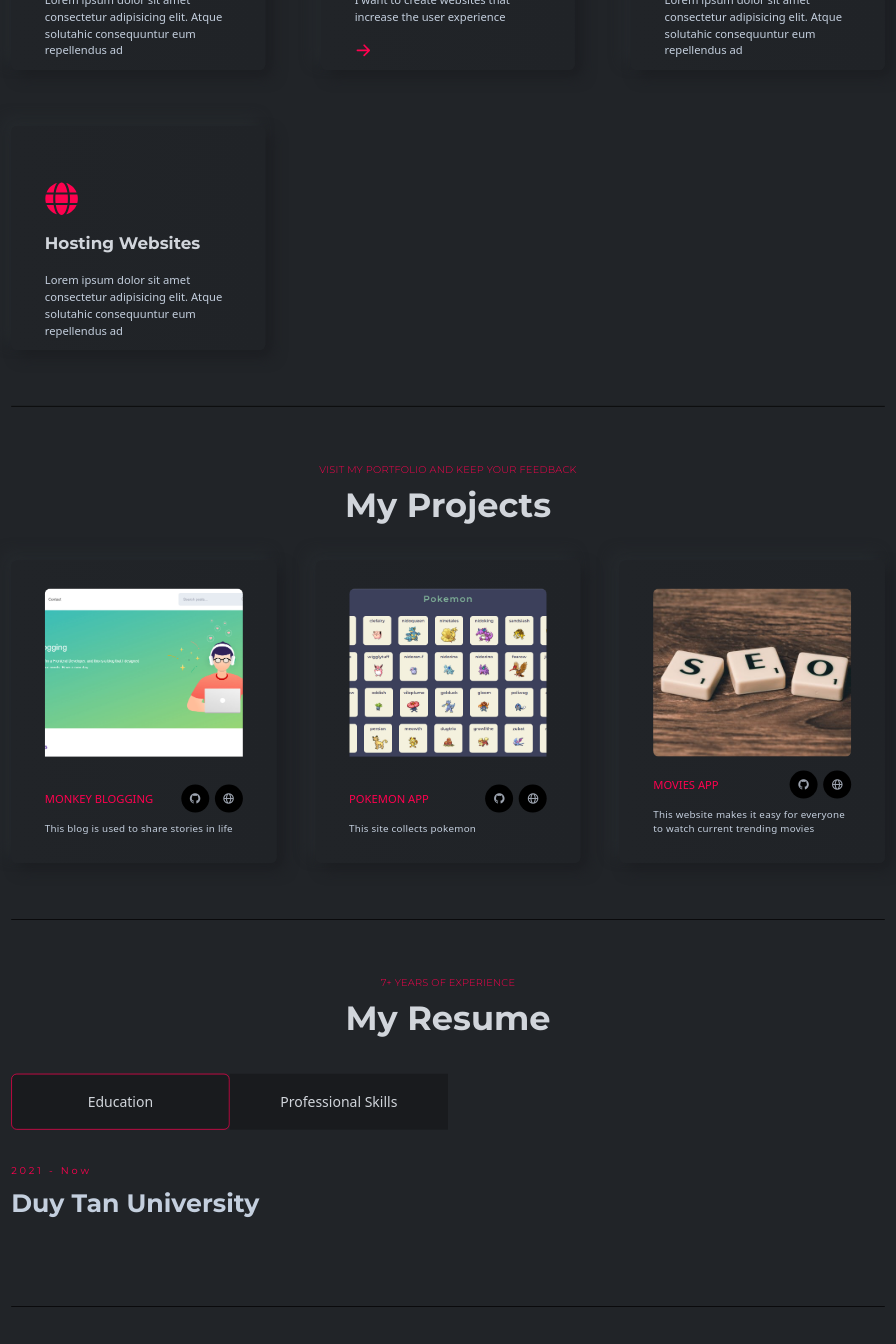
Repository: vophuocthanh/react-profile
Page: /
The author's editor kept a copy of each file at every save. The page is drawn from the files as they stood at one save, then again after a run of saves.
The browser window is 1280 px wide. The pictures show the part of the page from y = 1337 to 3257 px (the page is 4810 px tall), at 70% of full size.
The project was rebuilt for these pictures with package versions that can differ from the ones it lists, and the page was loaded fresh each time. Also part of the build but not shown: src/components/resume/ResumeCard.js, src/components/resume/Skills.js, src/components/resume/Achievement.js, src/components/resume/Experience.js, src/components/tesimonial/Testimonial.js.

Above is the page before, as saved 2023-05-04 20:38:06.

### public/index.html
<!DOCTYPE html>
<html lang="en">
  <head>
    <meta charset="utf-8" />
    <link
      rel="icon"
      href="https://img.freepik.com/premium-vector/young-smiling-man-adam-avatar-3d-vector-people-character-illustration-cartoon-minimal-style_365941-687.jpg?w=2000"
    />
    <meta name="viewport" content="width=device-width, initial-scale=1" />
    <meta name="theme-color" content="#000000" />
    <meta
      name="description"
      content="Web site created using create-react-app"
    />
    <link
      href="https://unpkg.com/boxicons@2.1.4/css/boxicons.min.css"
      rel="stylesheet"
    />
    <!--
      manifest.json provides metadata used when your web app is installed on a
      user's mobile device or desktop. See https://developers.google.com/web/fundamentals/web-app-manifest/
    -->
    <link rel="manifest" href="%PUBLIC_URL%/manifest.json" />
    <!--
      Notice the use of %PUBLIC_URL% in the tags above.
      It will be replaced with the URL of the `public` folder during the build.
      Only files inside the `public` folder can be referenced from the HTML.

      Unlike "/favicon.ico" or "favicon.ico", "%PUBLIC_URL%/favicon.ico" will
      work correctly both with client-side routing and a non-root public URL.
      Learn how to configure a non-root public URL by running `npm run build`.
    -->
    <title>Vo Phuoc Thanh || Profile</title>
  </head>
  <body>
    <noscript>You need to enable JavaScript to run this app.</noscript>
    <div id="root"></div>
    <!--
      This HTML file is a template.
      If you open it directly in the browser, you will see an empty page.

      You can add webfonts, meta tags, or analytics to this file.
      The build step will place the bundled scripts into the <body> tag.

      To begin the development, run `npm start` or `yarn start`.
      To create a production bundle, use `npm run build` or `yarn build`.
    -->
  </body>
</html>

### src/index.js
import React from "react";
import ReactDOM from "react-dom/client";
import "slick-carousel/slick/slick.css";
import "./index.css";
import App from "./App";
import { BrowserRouter } from "react-router-dom";

const root = ReactDOM.createRoot(document.getElementById("root"));
root.render(
  <React.StrictMode>
    <BrowserRouter>
      <App />
    </BrowserRouter>
  </React.StrictMode>
);

### src/index.css
@import url("https://fonts.googleapis.com/css2?family=Montserrat:wght@100;200;300;400;500;600;700;800;900&family=Poppins:wght@100;200;300;400;500;600;700;800;900&display=swap");
@tailwind base;
@tailwind components;
@tailwind utilities;

@layer components {
  .bannerIcon {
    @apply w-16 h-16 bg-black bg-opacity-25 text-gray-200 text-xl inline-flex items-center justify-center rounded-md shadow-shadowOne hover:bg-opacity-40 hover:-translate-y-1 transition-all hover:text-designColor cursor-pointer duration-300;
  }
  .resumeLi {
    @apply w-full h-20 bg-black bg-opacity-25 text-xl text-gray-300 flex justify-center cursor-pointer hover:bg-opacity-40 duration-300 items-center border-[1px] rounded-none;
  }
  .bgOpacity {
    @apply bg-black bg-opacity-40;
  }
  .contactInput {
    @apply w-full h-12 rounded-lg border-b-[1px] border-b-gray-600 bg-[#191b1e] text-lightText px-4 active:outline-none focus-visible:outline-designColor outline-none focus-visible:border-b-transparent duration-300;
  }
  .contactTextArea {
    @apply w-full rounded-lg border-b-[1px] border-b-gray-600 bg-[#191b1e] text-lightText px-4 py-2 active:outline-none focus-visible:outline-designColor outline-none focus-visible:border-b-transparent duration-300 resize-none;
  }
}

.active {
  color: white;
}
.scrollbar-hide::-webkit-scrollbar {
  display: none;
}

### src/App.js
import React from "react";
import Banner from "./components/banner/Banner";
import Contact from "./components/contact/Contact";
import Features from "./components/features/Features";
import Footer from "./components/footer/Footer";
import FooterBottom from "./components/footer/FooterBottom";
import Navbar from "./components/navbar/Navbar";
import Projects from "./components/projects/Projects";
import Resume from "./components/resume/Resume";
import Testimonial from "./components/tesimonial/Testimonial";

function App() {
  return (
    <div className="w-full h-auto bg-bodyColor text-lightText px-4">
      <Navbar />
      <div className="max-w-screen-xl mx-auto">
        <Banner />
        <Features />
        <Projects />
        <Resume />
        {/* <Testimonial /> */}
        <Contact />
        <Footer />
        <FooterBottom />
      </div>
    </div>
  );
}

export default App;

### src/components/projects/Projects.js
import React from "react";
import Title from "../layouts/Title";
import { projectOne, projectTwo, projectThree } from "../../assets/index";
import ProjectsCard from "./ProjectsCard";
import { dataProject } from "../../data/dataProject";

const Projects = () => {
  return (
    <section
      id="projects"
      className="w-full py-20 border-b-[1px] border-b-black"
    >
      <div className="flex justify-center items-center text-center">
        <Title
          title="VISIT MY PORTFOLIO AND KEEP YOUR FEEDBACK"
          des="My Projects"
        />
      </div>
      <div className="grid grid-cols-1 md:grid-cols-2 xl:grid-cols-3 gap-6 xl:gap-14">
        {/* <ProjectsCard
          title="E-commerce Website"
          des=" Lorem, ipsum dolor sit amet consectetur adipisicing elit.
              Explicabo quibusdam voluptate sapiente voluptatibus harum quidem!"
          src={projectTwo}
        /> */}
        {/* <ProjectsCard
          title="Chatting App"
          des=" Lorem, ipsum dolor sit amet consectetur adipisicing elit.
              Explicabo quibusdam voluptate sapiente voluptatibus harum quidem!"
          src={projectThree}
        />
        <ProjectsCard
          title="SOCIAL MEDIA CLONE"
          des=" Lorem, ipsum dolor sit amet consectetur adipisicing elit.
              Explicabo quibusdam voluptate sapiente voluptatibus harum quidem!"
          src={projectThree}
        />
        <ProjectsCard
          title="E-commerce Website"
          des=" Lorem, ipsum dolor sit amet consectetur adipisicing elit.
              Explicabo quibusdam voluptate sapiente voluptatibus harum quidem!"
          src={projectOne}
        />
        <ProjectsCard
          title="Chatting App"
          des=" Lorem, ipsum dolor sit amet consectetur adipisicing elit.
              Explicabo quibusdam voluptate sapiente voluptatibus harum quidem!"
          src={projectTwo}
        /> */}
        {dataProject.map((item) => (
          <ProjectsCard key={item.id} item={item}></ProjectsCard>
        ))}
      </div>
    </section>
  );
};

export default Projects;

### src/components/banner/LeftBanner.js
import React from "react";
import { useTypewriter, Cursor } from "react-simple-typewriter";
import Media from "./Media";

const LeftBanner = () => {
  const [text] = useTypewriter({
    words: ["Software Engineer.", "Frontend Developer."],
    loop: true,
    typeSpeed: 20,
    deleteSpeed: 10,
    delaySpeed: 2000,
  });
  return (
    <div className="w-full lgl:w-1/2 flex flex-col gap-20">
      <div className="flex flex-col gap-5">
        <h4 className=" text-lg font-normal">WELCOME TO MY WORLD</h4>
        <h1 className="text-6xl font-bold text-white">
          Hi, I'm{" "}
          <span className="text-designColor capitalize">Võ Phước Thạnh</span>
        </h1>
        <h2 className="text-4xl font-bold text-white">
          a <span>{text}</span>
          <Cursor
            cursorBlinking="false"
            cursorStyle="|"
            cursorColor="#ff014f"
          />
        </h2>
        <p className="text-base font-bodyFont leading-6 tracking-wide">
          I use animation as a third dimension by which to simplify experiences
          and kuiding thro each and every interaction. I'm not adding motion
          just to spruce things up, but doing it in ways that.
        </p>
      </div>
      {/* Media */}
      <Media />
    </div>
  );
};

export default LeftBanner;

### src/components/banner/RightBanner.js
import React from "react";
import { avatar } from "../../assets";
// import { bannerImg } from "../../assets/index";

const RightBanner = () => {
  return (
    <div className="w-full lgl:w-1/2 flex justify-center items-center relative">
      <img
        className="w-[300px] h-[400px] lgl:w-[500px] lgl:h-[680px] z-10 rounded-sm object-cover"
        src={avatar}
        alt="bannerImg"
      />
      <div className="absolute bottom-0 w-[350px] h-[300px] lgl:w-[500px] lgl:h-[500px] bg-gradient-to-r from-[#1e2024] to-[#202327] shadow-shadowOne flex justify-center items-center"></div>
    </div>
  );
};

export default RightBanner;

### src/components/contact/ContactLeft.js
import React from 'react'
import { FaFacebookF, FaTwitter, FaLinkedinIn } from "react-icons/fa";
import { contactImg } from "../../assets/index";

const ContactLeft = () => {
  return (
    <div className="w-full lgl:w-[35%] h-full bg-gradient-to-r from-[#1e2024] to-[#23272b] p-4 lgl:p-8 rounded-lg shadow-shadowOne flex flex-col gap-8 justify-center">
      <img
        className="w-full h-64 object-cover rounded-lg mb-2"
        src={contactImg}
        alt="contactImg"
      />
      <div className="flex flex-col gap-4">
        <h3 className="text-3xl font-bold text-white">John Doe</h3>
        <p className="text-lg font-normal text-gray-400">
          MERN Stack Developer
        </p>
        <p className="text-base text-gray-400 tracking-wide">
          Lorem ipsum, dolor sit amet consectetur adipisicing elit. Facilis
          ipsam autem cumque, accusantium dicta odio.
        </p>
        <p className="text-base text-gray-400 flex items-center gap-2">
          Phone: <span className="text-lightText">+968 97859628</span>
        </p>
        <p className="text-base text-gray-400 flex items-center gap-2">
          Email: <span className="text-lightText">noor.jsdivs@gmail.com</span>
        </p>
      </div>
      <div className="flex flex-col gap-4">
        <h2 className="text-base uppercase font-titleFont mb-4">Find me in</h2>
        <div className="flex gap-4">
          <span className="bannerIcon">
            <FaFacebookF />
          </span>
          <span className="bannerIcon">
            <FaTwitter />
          </span>
          <span className="bannerIcon">
            <FaLinkedinIn />
          </span>
        </div>
      </div>
    </div>
  );
}

export default ContactLeft

### src/components/features/Card.js
import React from 'react'
import { HiArrowRight } from "react-icons/hi";

const Card = ({item:{title,des,icon}}) => {
  return (
    <div className="w-full px-12 h-80 py-10 rounded-lg shadow-shadowOne flex items-center bg-gradient-to-r from-bodyColor to-[#202327] group hover:bg-gradient-to-b hover:from-black hover:to-[#1e2024] transition-colors duration-100 group">
      <div className="h-72 overflow-y-hidden">
        <div className="flex h-full flex-col gap-10 translate-y-16 group-hover:translate-y-0 transition-transform duration-500">
          <div className="w-10 h-8 flex flex-col justify-between">

            {icon ? (
              <span className="text-5xl text-designColor">{icon}</span>
            ) : (
              <>
                <span className="w-full h-[2px] rounded-lg bg-designColor inline-flex"></span>
                <span className="w-full h-[2px] rounded-lg bg-designColor inline-flex"></span>
                <span className="w-full h-[2px] rounded-lg bg-designColor inline-flex"></span>
                <span className="w-full h-[2px] rounded-lg bg-designColor inline-flex"></span>
              </>
            )}
          </div>
          <div className="flex flex-col gap-6">
            <h2 className="text-xl md:text-2xl font-titleFont font-bold text-gray-300">
              {title}
            </h2>
            <p className="base">{des}</p>
            <span className="text-2xl text-designColor">
              <HiArrowRight />
            </span>
          </div>
        </div>
      </div>
    </div>
  );
}

export default Card

### src/data/data.js
import { AiFillAppstore } from "react-icons/ai";
import { FaMobile, FaGlobe } from "react-icons/fa";
import { SiProgress, SiAntdesign } from "react-icons/si";

// Features Data
export const featuresData = [
  // {
  //   id: 1,
  //   title: "Business Stratagy",
  //   des: "Lorem ipsum dolor sit amet consectetur adipisicing elit. Atque solutahic consequuntur eum repellendus ad",
  // },
  // {
  //   id: 2,
  //   icon: <AiFillAppstore />,
  //   title: "App Development",
  //   des: "Lorem ipsum dolor sit amet consectetur adipisicing elit. Atque solutahic consequuntur eum repellendus ad",
  // },
  {
    id: 3,
    icon: <SiProgress />,
    title: "SEO Optimisation",
    des: "Lorem ipsum dolor sit amet consectetur adipisicing elit. Atque solutahic consequuntur eum repellendus ad",
  },
  {
    id: 4,
    icon: <i class="bx bx-code-block"></i>,
    title: "Frontend Developer",
    des: "I want to create websites that increase the user experience",
  },
  {
    id: 5,
    icon: <SiAntdesign />,
    title: "UX Design",
    des: "Lorem ipsum dolor sit amet consectetur adipisicing elit. Atque solutahic consequuntur eum repellendus ad",
  },
  {
    id: 6,
    icon: <FaGlobe />,
    title: "Hosting Websites",
    des: "Lorem ipsum dolor sit amet consectetur adipisicing elit. Atque solutahic consequuntur eum repellendus ad",
  },
];

### src/assets/index.js
import logo from "./images/logo.png";
import logo1 from "./images/logo1.png";
import bannerImg from "./images/bannerImg.png";
import avatar from "./images/avatar.jpg";
import avatar1 from "./images/avatar1.jpg";
import projectOne from "./images/projects/projectOne.jpg";
import projectTwo from "./images/projects/projectTwo.jpg";
import projectThree from "./images/projects/projectThree.jpeg";
import testimonialOne from "./images/testmonial/testimonialOne.png";
import testimonialTwo from "./images/testmonial/testimonialTwo.png";
import quote from "./images/testmonial/quote.png";
import contactImg from "./images/contact/contactImg.png";

export {
  logo,
  logo1,
  avatar,
  avatar1,
  bannerImg,
  projectOne,
  projectTwo,
  projectThree,
  testimonialOne,
  testimonialTwo,
  quote,
  contactImg,
};

### src/constants/index.js
export const navLinksdata = [
  {
    _id: 1001,
    title: "Home",
    link: "home",
  },
  {
    _id: 1002,
    title: "Features",
    link: "features",
  },
  {
    _id: 1003,
    title: "Projects",
    link: "projects",
  },
  {
    _id: 1004,
    title: "Resume",
    link: "resume",
  },
  // {
  //   _id: 1005,
  //   title: "Testimonial",
  //   link: "testimonial",
  // },
  {
    _id: 1006,
    title: "Contact",
    link: "contact",
  },
];

### src/components/projects/ProjectsCard.js
import React from "react";
import { dataProject } from "../../data/dataProject";

const ProjectsCard = ({ item: { title, desc, src, linkGit, demo } }) => {
  return (
    <div className="w-full p-4 xl:px-12 h-auto xl:py-10 rounded-lg shadow-shadowOne flex flex-col bg-gradient-to-r from-bodyColor to-[#202327] group hover:bg-gradient-to-b hover:from-gray-900 hover:gray-900 transition-colors duration-1000">
      <div className="w-full h-[80%] overflow-hidden rounded-lg">
        <img
          className="w-full h-60 object-cover group-hover:scale-110 duration-300 cursor-pointer"
          src={src}
          alt="src"
        />
      </div>
      <div className="w-full mt-5 flex flex-col  gap-6">
        <div>
          <div className="flex items-center justify-between">
            <h3 className="text-base uppercase text-designColor font-normal">
              {title}
            </h3>
            <div className="flex gap-2">
              <span className="text-lg w-10 h-10 rounded-full bg-black inline-flex justify-center items-center text-gray-400 hover:text-designColor duration-300 cursor-pointer">
                <a href={linkGit}>
                  <i class="bx bxl-github"></i>
                </a>
              </span>
              <span className="text-lg w-10 h-10 rounded-full bg-black inline-flex justify-center items-center text-gray-400 hover:text-designColor duration-300 cursor-pointer">
                <a href={demo}>
                  <i class="bx bx-globe"></i>
                </a>
              </span>
            </div>
          </div>
          <p className="text-sm tracking-wide mt-3 hover:text-gray-100 duration-300">
            {desc}
          </p>
        </div>
      </div>
    </div>
  );
};

export default ProjectsCard;

### src/data/dataProject.js
import { projectOne, projectThree, projectTwo } from "../assets";

export const dataProject = [
  {
    id: 1,
    title: "Monkey Blogging",
    desc: "This blog is used to share stories in life",
    src: projectOne,
    linkGit: "https://github.com/vophuocthanh/monkey-blogging",
    demo: "https://monkey-blogging-app.vercel.app/",
  },
  {
    id: 2,
    title: "Pokemon App",
    desc: "This site collects pokemon",
    src: projectTwo,
    linkGit: "https://github.com/vophuocthanh/pokemon-app",
    demo: "https://pokemon-app-beta-liart.vercel.app/",
  },
  {
    id: 3,
    title: "Movies App",
    desc: "This website makes it easy for everyone to watch current trending movies",
    src: projectThree,
    linkGit: "https://github.com/vophuocthanh/movies",
    demo: "https://movies-green-phi.vercel.app/",
  },
  // {
  //   id: 4,
  //   title: "Monkey Blogging",
  //   desc: "Loremdjahjsdasdashjkdhjkas",
  //   src: projectOne,
  //   linkGit: "https://github.com/vophuocthanh/monkey-blogging",
  //   demo: "monkey-blogging-app.vercel.app",
  // },
];

### src/components/resume/Education.js
import React from "react";
import { motion } from "framer-motion";
import ResumeCard from "./ResumeCard";

const Education = () => {
  return (
    <motion.div
      initial={{ opacity: 0 }}
      animate={{ opacity: 1, transition: { duration: 0.5 } }}
      className="w-full flex flex-col lgl:flex-row gap-10 lgl:gap-20"
    >
      {/* part one */}
      <div>
        <div className="py-6 lgl:py-12 font-titleFont flex flex-col gap-4">
          <p className="text-sm text-designColor tracking-[4px]">2021 - Now</p>
          <h2 className="text-3xl md:text-4xl font-bold">Duy Tan University</h2>
        </div>
        {/* <div className="mt-6 lgl:mt-14 w-full h-[1000px] border-l-[6px] border-l-black border-opacity-30 flex flex-col gap-10">
          <ResumeCard
            title="BSc in Computer Science"
            subTitle="University of DVI (2006 - 2010)"
            result="3.90/4"
            des="The training provided by universities in order to prepare people to work in various sectors of the economy or areas of culture."
          />
          <ResumeCard
            title="AS - Science & Information"
            subTitle="SuperKing College (2001 - 2005)"
            result="4.75/5"
            des="Higher education is tertiary education leading to award of an academic degree. Higher education, also called post-secondary education."
          />
          <ResumeCard
            title="Secondary School Education"
            subTitle="Kingstar Secondary School (1998 - 2000)"
            result="5.00/5"
            des="Secondary education or post-primary education covers two phases on the International Standard Classification of Education scale."
          />
        </div> */}
      </div>
    </motion.div>
  );
};

export default Education;

### src/components/banner/Media.jsx
import React from "react";
import { FaFacebookF, FaTwitter, FaLinkedinIn, FaReact } from "react-icons/fa";
import { SiTailwindcss, SiFigma, SiNextdotjs } from "react-icons/si";
import navIcon1 from "../../assets/images/nav-icon2.svg";
const Media = () => {
  return (
    <div className="flex flex-col xl:flex-row gap-6 lgl:gap-0 justify-between">
      <div>
        <h2 className="text-base uppercase font-titleFont mb-4">Find me in</h2>
        <div className="flex gap-4">
          <span className="bannerIcon">
            <a href="https://www.facebook.com/thanh.vophuoc.50">
              <img src={navIcon1} alt="" />
            </a>
          </span>
          <span className="bannerIcon">
            <a href="https://github.com/vophuocthanh">
              <i class="bx bxl-github"></i>
            </a>
          </span>
          <span className="bannerIcon">
            <a href="https://www.linkedin.com/in/v%C3%B5-ph%C6%B0%E1%BB%9Bc-th%E1%BA%A1nh-747813233/">
              <i class="bx bxl-linkedin"></i>
            </a>
          </span>
          <span className="bannerIcon">
            <a href="https://twitter.com/ThanhVP03">
              <i class="bx bxl-twitter"></i>
            </a>
          </span>
        </div>
      </div>
      <div>
        <h2 className="text-base uppercase font-titleFont mb-4">
          BEST SKILL ON
        </h2>
        <div className="flex gap-4">
          <span className="bannerIcon">
            <FaReact />
          </span>
          <span className="bannerIcon">
            <SiNextdotjs />
          </span>
          <span className="bannerIcon">
            <SiTailwindcss />
          </span>
          <span className="bannerIcon">
            <SiFigma />
          </span>
        </div>
      </div>
    </div>
  );
};

export default Media;

Loaded but not shown: src/components/banner/Banner.js (common file); src/components/features/Features.js (common file); src/components/footer/FooterBottom.js (common file); src/components/layouts/Title.js (common file); tailwind.config.js (common file); src/components/footer/Footer.js (137 lines, source omitted); src/components/contact/Contact.js (169 lines, source omitted); src/components/navbar/Navbar.js (107 lines, source omitted); src/components/resume/Resume.js (88 lines, source omitted)

After the next 2 saves:
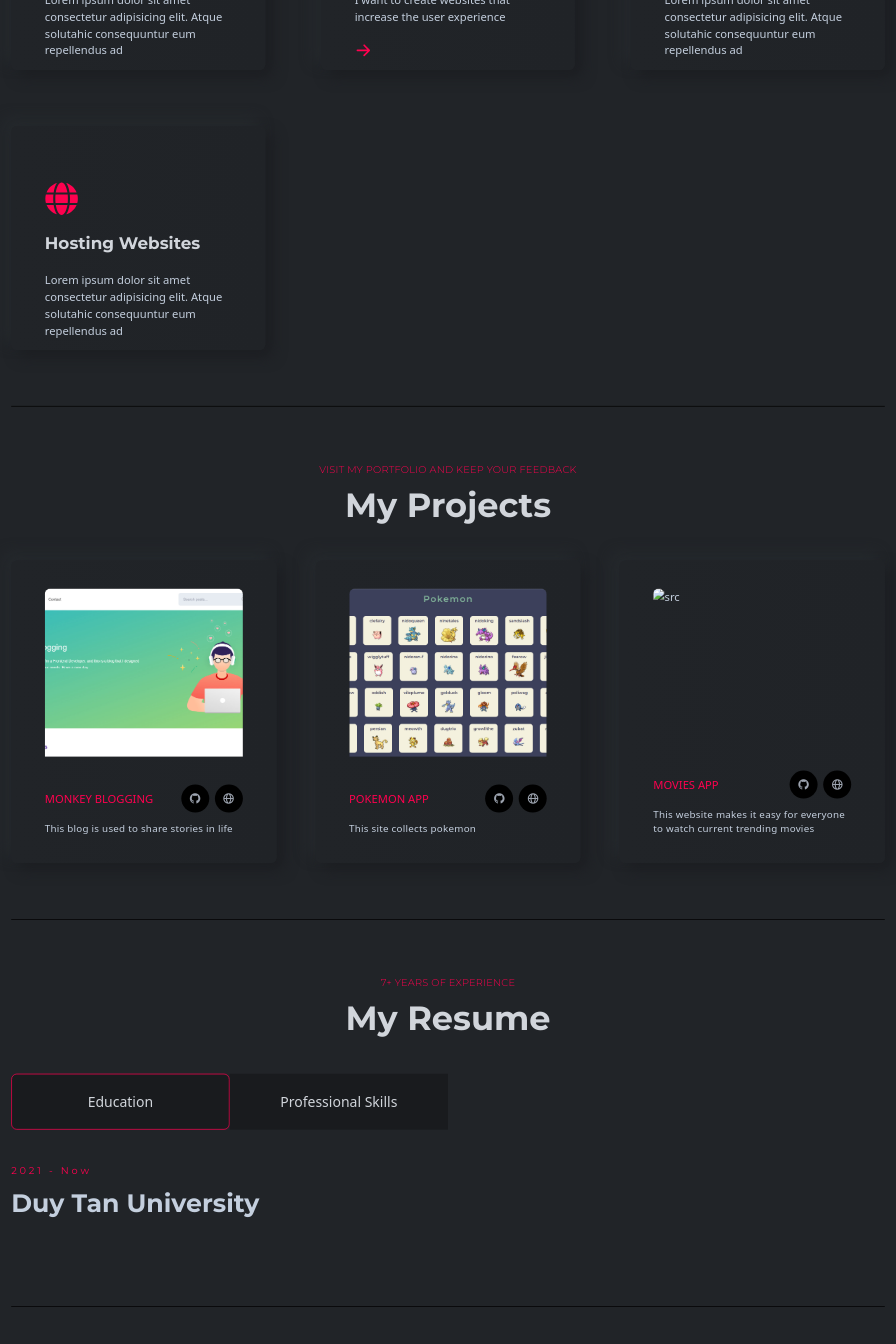
The 2 saves are shown as one change because 1 did not build or start.
The last was saved 2 min 25 s later.
--- a/src/data/dataProject.js
+++ b/src/data/dataProject.js
@@ -1,5 +1,5 @@
 import { projectOne, projectThree, projectTwo } from "../assets";
-
+import { project3 } from "src/assets/images/projects/project3.jpg";
 export const dataProject = [
   {
     id: 1,
@@ -21,7 +21,7 @@
     id: 3,
     title: "Movies App",
     desc: "This website makes it easy for everyone to watch current trending movies",
-    src: projectThree,
+    src: project3,
     linkGit: "https://github.com/vophuocthanh/movies",
     demo: "https://movies-green-phi.vercel.app/",
   },
